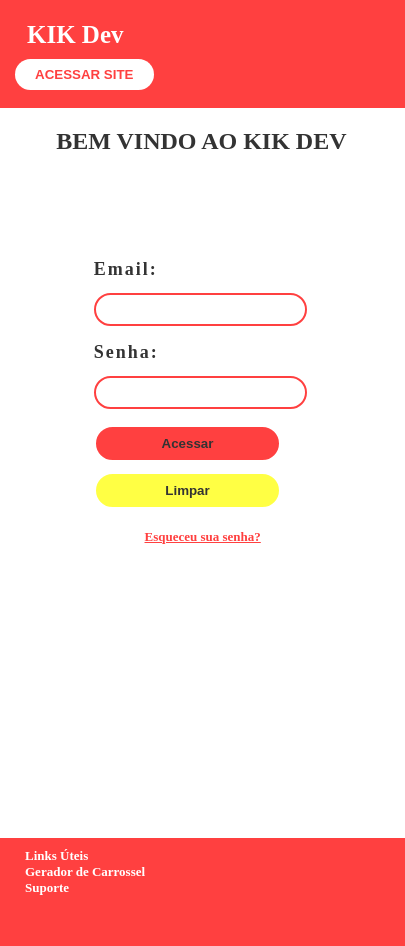
Repository: devgabrielvieira/kikdev
Page: index.html
An editor plug-in stored every save of this project. The page is shown before and after the next save, followed by the edit.
The browser window is 375 px wide. The page is 405 px wide, so the pictures cover 405 px, including what lies to the right of the window. The pictures show the whole page.

Above is the page before, as saved 2022-10-30 19:18:38.

After the next save:
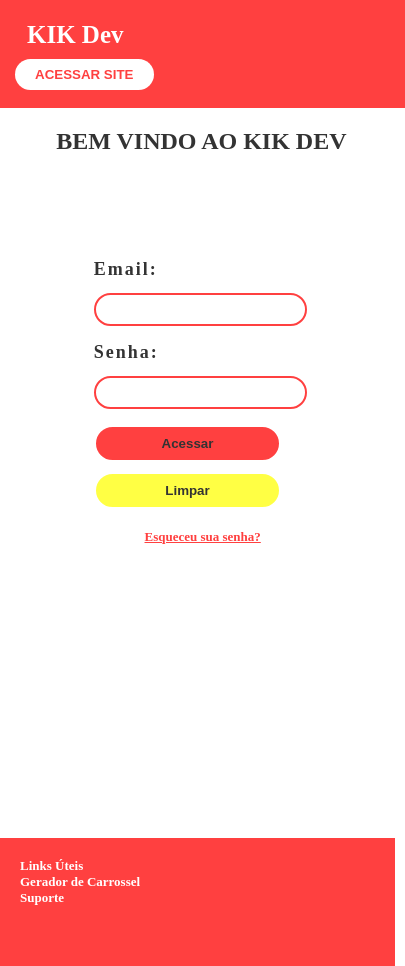
Saved 13 s later.
--- a/style-mobile.css
+++ b/style-mobile.css
@@ -50,7 +50,7 @@
 
     overflow: hidden;
     /* background-color: #ff4040; */
-    padding: 10px 15px;
+    /* padding: 10px 15px; */
     height: 5.5rem;
     width: 100%;
 
